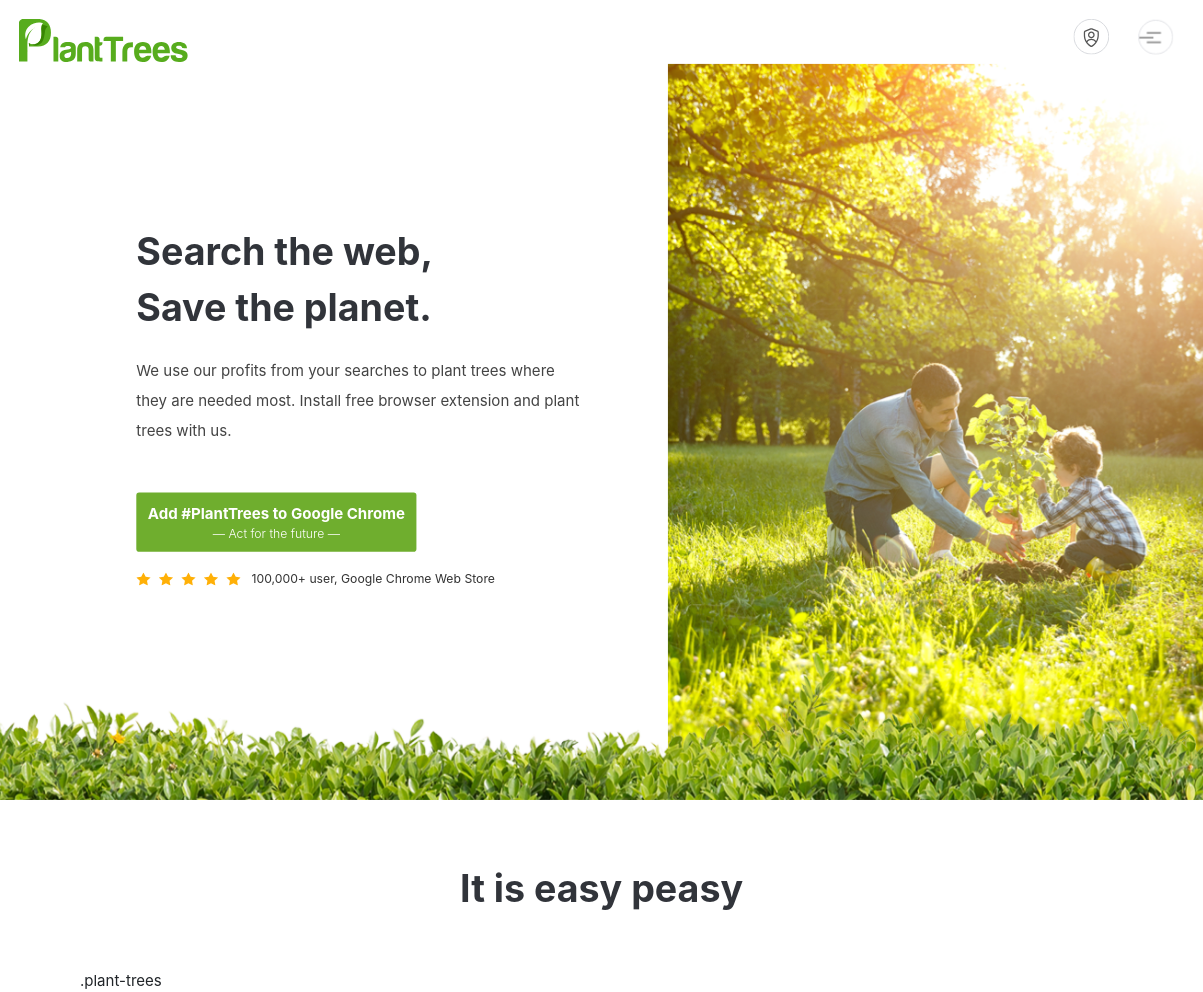
Repository: caothaito/b6g6
Page: bogo/how-it-work.html
An editor plug-in stored every save of this project. The page is shown before and after the next save, followed by the edit.
The browser window is 1280 px wide. The pictures show the whole page, at 94% of full size.
Some web libraries are served in a nearby version. The style sheet was rebuilt from its Sass, Less or Tailwind sources for each picture, by a compiler version that may differ from the author's.

Above is the page before, as saved 2020-08-14 10:49:17.
Console error: TypeError: $(...).ready(...) is not a function

### bogo/how-it-work.html
<!DOCTYPE html>
<html lang="en">

<head>
    <meta charset="UTF-8">
    <meta name="viewport" content="width=device-width, initial-scale=1.0">
    <title>Document</title>
    <link rel="stylesheet" href="https://maxcdn.bootstrapcdn.com/bootstrap/4.0.0/css/bootstrap.min.css"
        integrity="sha384-Gn5384xqQ1aoWXA+058RXPxPg6fy4IWvTNh0E263XmFcJlSAwiGgFAW/dAiS6JXm" crossorigin="anonymous">

    <script src="https://ajax.googleapis.com/ajax/libs/jquery/3.5.1/jquery.min.js"></script>
    <!-- <script src="https://code.jquery.com/jquery-3.5.1.js"
        integrity="sha256-QWo7LDvxbWT2tbbQ97B53yJnYU3WhH/C8ycbRAkjPDc=" crossorigin="anonymous"></script> -->
    <link rel="stylesheet" href="./assets/css/style.css">
</head>

<body>
    <div class="plant-trees-main main-contact-us float-left w-100">
        <div class="plant-trees-home">
            <div class="plant-trees-home-searchTop ">
                <a href="#" class="plant-trees-topLogo" id="topLogo">
                    <img src="./assets/images/logo.svg" alt="" class="plant-trees-logo">
                </a>
                <div class="plant-trees-searchRight float-right ">
                    <div class="plant-trees-account">
                        <div class="plant-trees-account-info" style="display:none">
                            <div class="item float-left ">
                                <div class="icon float-left">
                                    <img src="./assets/images/square.svg" alt="square.svg">
                                </div>
                                <div class="content float-right">
                                    <div class="title">Get Our App & Extension</div>
                                    <div class="desc">Protect your data on every device.</div>
                                </div>
                            </div>
                            <div class="item float-left ">
                                <div class="icon float-left">
                                    <img src="./assets/images/file.svg" alt="file.svg">
                                </div>
                                <div class="content float-right">
                                    <div class="title">Your searches are private</div>
                                    <div class="desc">We don't need to know what you do online. We don't record them.
                                    </div>
                                </div>
                            </div>
                            <div class="item float-left ">
                                <div class="icon float-left">
                                    <img src="./assets/images/browser.svg" alt="browser.svg">
                                </div>
                                <div class="content float-right">
                                    <div class="title">Your Searches Are Encrypted</div>
                                    <div class="desc">We protect your search behavior with encrypted connection.</div>
                                </div>
                            </div>
                            <div class="item float-left ">
                                <div class="icon float-left">
                                    <img src="./assets/images/secret-file.svg" alt="secret-file.svg">
                                </div>
                                <div class="content float-right">
                                    <div class="title">No tracking. No profiling</div>
                                    <div class="desc">We block hidden third-party trackers. We don't sell user's data.
                                    </div>
                                </div>
                            </div>
                        </div>
                    </div>
                    <div class="plant-trees-menu-mobile float-right">
                        <div class="nav-toggle">
                            <div class="nav-toggle-bar"></div>
                        </div>
                        <nav class="nav">
                            <ul>
                                <li class="menu-item menu-item-settings">
                                    <div class="wrap-link-item">
                                        <a href="#" title="Settings">Settings</a></div>
                                    <ul class="submenu">
                                        <li>
                                            <a href="#" title="Themes">Themes</a>
                                        </li>
                                        <li>
                                            <a href="#" title="Other settings">Other settings</a></li>
                                        <li>
                                            <a href="#" title="!Bang Search Shortcuts">!Bang SearchShortcuts</a>
                                        </li>
                                    </ul>
                                </li>

                            </ul>
                        </nav>
                    </div>
                </div>
            </div>
        </div>
    </div>
    <!-- blogTop -->
    <div class="plant-trees-blogTop float-left w-100">
        <div class="plant-trees-flex">
            <div class="col-md-6 col-sm-6 col-xs-12 float-left">
                <div class="plant-blogTop-left float-right">
                    <div class="plant-blogTop-title ">
                        <div>Search the web,</div>
                        <div>Save the planet.</div>
                    </div>
                    <div class="plant-blogTop-desc">
                        We use our profits from your searches to plant trees where they are needed most. Install free
                        browser extension and plant trees with us.
                    </div>
                    <div class="plant-blogTop-add">
                        <a href="#" class="add-btn">
                            <div class="">Add #PlantTrees to Google Chrome</div>
                            <div class="">— Act for the future —</div>
                        </a>
                    </div>
                    <div class="plant-trees-rate">
                        <span class="plant-trees-star">
                            <img src="./assets/images/icons/star.svg" alt="">
                        </span>
                        <span class="plant-trees-star-title">100,000+ user, Google Chrome Web Store</span>
                    </div>
                </div>
            </div>
        </div>
    </div>

    <div class="plant-easyPeasy float-left w-100">
            <div class="container">
                <div class="row">
                    <div class="plant-trees-title col-md-12 col-xs-12 col-sm-12 float-left">
                        It is easy peasy
                    </div>
                    <div class="plant-easyPeasy-wrap float-left w-100">
                        <div class="olant-esayPeasy-item float-left w-100">
                            <div class="col-md-6 col-sm-6 col-xs-12">
                                .plant-trees
                            </div>
                        </div>
                    </div>
                </div>
            </div>
    </div>

    <script>
        $(document).ready(function () {
            $(".plant-trees-account").click(function () {
                console.log('123');
                $(".plant-trees-account-info").slideToggle();
            })
        })
    </script>
</body>

<script src="https://cdnjs.cloudflare.com/ajax/libs/popper.js/1.12.9/umd/popper.min.js"
    integrity="sha384-ApNbgh9B+Y1QKtv3Rn7W3mgPxhU9K/ScQsAP7hUibX39j7fakFPskvXusvfa0b4Q" crossorigin="anonymous">
</script>
<script src="https://maxcdn.bootstrapcdn.com/bootstrap/4.0.0/js/bootstrap.min.js"
    integrity="sha384-JZR6Spejh4U02d8jOt6vLEHfe/JQGiRRSQQxSfFWpi1MquVdAyjUar5+76PVCmYl" crossorigin="anonymous">
</script>
<script src="./assets/js/main.js"></script>

</html>

### bogo/assets/js/main.js
$(document).ready(function(){
    $("#topLogo").click(function(){
        $(".plant-trees-account").slideToggle();
    })
})

(function() {

    var hamburger = {
      navToggle: document.querySelector('.nav-toggle'),
      nav: document.querySelector('nav'),

      doToggle: function(e) {
        e.preventDefault();
        this.navToggle.classList.toggle('expanded');
        this.nav.classList.toggle('expanded');
      }
    };

    hamburger.navToggle.addEventListener('click', function(e) { hamburger.doToggle(e); });
    hamburger.nav.addEventListener('click', function(e) { hamburger.doToggle(e); });

  }());

### bogo/assets/css/style.scss
.plant-trees-main {
    .plant-trees-home {
        top: 0;
        left: 0;
        z-index: 2;
        // position: absolute;
        padding: 20px 20px 0;

        .plant-trees-home-searchTop {
            .plant-trees-topLogo {
                img {
                    max-width: 181px;
                }
            }
        }

        .plant-trees-searchRight {

            // position: absolute;
            .plant-trees-account {
                margin-right: 80px;
                width: 38px;
                height: 38px;
                cursor: pointer;
                position: relative;
                display: inline-block;
                background-position: center;
                background-repeat: no-repeat;
                background-image: url(../images/icons/account.svg);

                .plant-trees-account-info {

                    right: 0;
                    width: 100%;
                    margin-top: 50px;
                    min-width: 445px;
                    position: absolute;
                    border: 1px solid #e4e5e9;
                    background-color: #fff;
                    border-radius: 6px;
                    -ms-border-radius: 6px;
                    -moz-border-radius: 6px;
                    -webkit-border-radius: 6px;
                    -o-border-radius: 6px;
                    padding: 35px 20px 30px;
                    -webkit-transition: top .5s ease-in-out;
                    -ms-transition: top .5s ease-in-out;
                    -moz-transition: top .5s ease-in-out;
                    -o-transition: top .5s ease-in-out;
                    transition: top .5s ease-in-out;
                    -webkit-box-shadow: 0 6px 15px 0 rgba(0, 0, 0, .08);
                    -ms-box-shadow: 0 6px 15px 0 rgba(0, 0, 0, .08);
                    -o-box-shadow: 0 6px 15px 0 rgba(0, 0, 0, .08);
                    -moz-box-shadow: 0 6px 15px 0 rgba(0, 0, 0, .08);
                    box-shadow: 0 6px 15px 0 rgba(0, 0, 0, .08);

                    .item {
                        width: 100%;
                        margin-bottom: 40px;

                        .content {
                            margin-top: -5px;
                            width: calc(100% - 62px);

                            .title {
                                color: #333;
                                font-weight: 600;
                                font-size: 17px;
                                font-size: 1.0625rem;
                            }

                            .desc {
                                color: #6f6f6f;
                                font-weight: 400;
                                font-size: 13px;
                                font-size: .8125rem;
                            }
                        }
                    }
                }
            }

            .plant-trees-menu-mobile {
                .nav {
                    -webkit-transition: left 0.5s ease;
                    -moz-transition: left 0.5s ease;
                    -ms-transition: left 0.5s ease;
                    -o-transition: left 0.5s ease;
                    transition: left 0.5s ease;
                    background: #f8f9fa;
                    color: white;
                    cursor: pointer;
                    right: -20rem;
                    padding: 6rem 2rem 2rem 2rem;
                    position: fixed;
                    top: 0;
                    width: 14rem;
                    z-index: 1;
                    // text-align: center;

                    ul {
                        position: absolute;
                        top: 50%;
                        -webkit-transform: translateY(-50%);
                        -ms-transform: translateY(-50%);
                        transform: translateY(-50%);
                        list-style: none;
                        margin: 0;
                        padding: 0;
                    }
                }

                .nav.expanded {
                    right: 0;
                }

                .nav-toggle {
                    border: 1px solid #dfe1e5;
                    border-radius: 50%;
                    // display: inline-block;
                    -webkit-user-select: none;
                    -moz-user-select: none;
                    user-select: none;
                    cursor: pointer;
                    height: 37px;
                    width: 37px;
                    right: 2rem;
                    position: fixed;
                    top: 21px;
                    text-align: center;
                    z-index: 2;

                    &:hover {
                        opacity: 0.8;
                    }

                    .nav-toggle-bar {
                        position: absolute;
                        top: 50%;
                        -webkit-transform: translateY(-50%);
                        -ms-transform: translateY(-50%);
                        transform: translateY(-50%);
                        -webkit-transition: all 0.5s ease;
                        -moz-transition: all 0.5s ease;
                        -ms-transition: all 0.5s ease;
                        -o-transition: all 0.5s ease;
                        transition: all 0.5s ease;
                        background: #999;
                        content: '';
                        height: 2px;
                        width: 15px;
                        margin-top: 0;

                        &::after {
                            position: absolute;
                            top: 50%;
                            -webkit-transform: translateY(-50%);
                            -ms-transform: translateY(-50%);
                            transform: translateY(-50%);
                            -webkit-transition: all 0.5s ease;
                            -moz-transition: all 0.5s ease;
                            -ms-transition: all 0.5s ease;
                            -o-transition: all 0.5s ease;
                            transition: all 0.5s ease;
                            background: #999;
                            content: '';
                            height: 2px;
                            width: 15px;
                            margin-top: 5px;
                        }

                        &::before {
                            position: absolute;
                            top: 50%;
                            -webkit-transform: translateY(-50%);
                            -ms-transform: translateY(-50%);
                            transform: translateY(-50%);
                            -webkit-transition: all 0.5s ease;
                            -moz-transition: all 0.5s ease;
                            -ms-transition: all 0.5s ease;
                            -o-transition: all 0.5s ease;
                            transition: all 0.5s ease;
                            background: #999;
                            content: '';
                            height: 2px;
                            width: 15px;
                            margin-top: -5px;
                        }
                    }
                }

                .nav-toggle.expanded {
                    .nav-toggle-bar {

                        background: transparent;

                        &::after {
                            background: #999;
                            margin-top: 0;
                            -ms-transform: rotate(45deg);
                            -webkit-transform: rotate(45deg);
                            transform: rotate(45deg);
                        }

                        &::before {
                            background: #999;
                            margin-top: 0;
                            -ms-transform: rotate(-45deg);
                            -webkit-transform: rotate(-45deg);
                            transform: rotate(-45deg);
                        }
                    }
                }

            }
        }
    }
}

// blogTop

.plant-trees-blogTop {
    margin-bottom: 65px;
    background-size: cover;
    background-position: bottom;
    background-repeat: no-repeat;
    background-image: url(../images/blog/blog-top.png);

    .plant-trees-flex {
        float: left;
        width: 100%;
        display: flex;
        flex-wrap: wrap;
        overflow: hidden;

        .plant-blogTop-left {
            // float: right;
            max-width: 480px;
            padding: 170px 0 225px;

            .plant-blogTop-title {
                color: #31343a;
                margin-bottom: 20px;
                font-weight: 700;
                font-size: 40px;
                font-size: 2.5rem;
            }

            .plant-blogTop-desc {
                color: #444;
                line-height: 2;
                max-width: 480px;
                margin-bottom: 50px;
                font-weight: 400;
                font-size: 16px;
                font-size: 1rem;
            }

            .plant-blogTop-add {
                color: #fff;
                padding: 10px;
                max-width: 298px;
                text-align: center;
                margin-bottom: 15px;
                border-radius: 3px;
                -ms-border-radius: 3px;
                -moz-border-radius: 3px;
                -webkit-border-radius: 3px;
                -o-border-radius: 3px;
                background-color: #6fae2e;

                a {
                    color: #fff;
                    text-decoration: none;
                    ;
                }

                div:first-child {
                    font-weight: 700;
                    font-size: 16px;
                    font-size: 1rem;
                }

                div {
                    font-weight: 300;
                    font-size: 13px;
                    font-size: .8125rem;
                }
            }

            .plant-trees-rate {
                .plant-trees-star-title {
                    color: #333;
                    padding: 5px 0 0 7px;
                    font-weight: 400;
                    font-size: 13px;
                    font-size: .8125rem;
                }
            }
        }
    }
}

.plant-easyPeasy {
    .plant-trees-title {
        color: #31343a;
        margin-bottom: 55px;
        font-weight: 700;
        font-size: 40px;
        font-size: 2.5rem;
        text-align: center;
    }
}

After the next save:
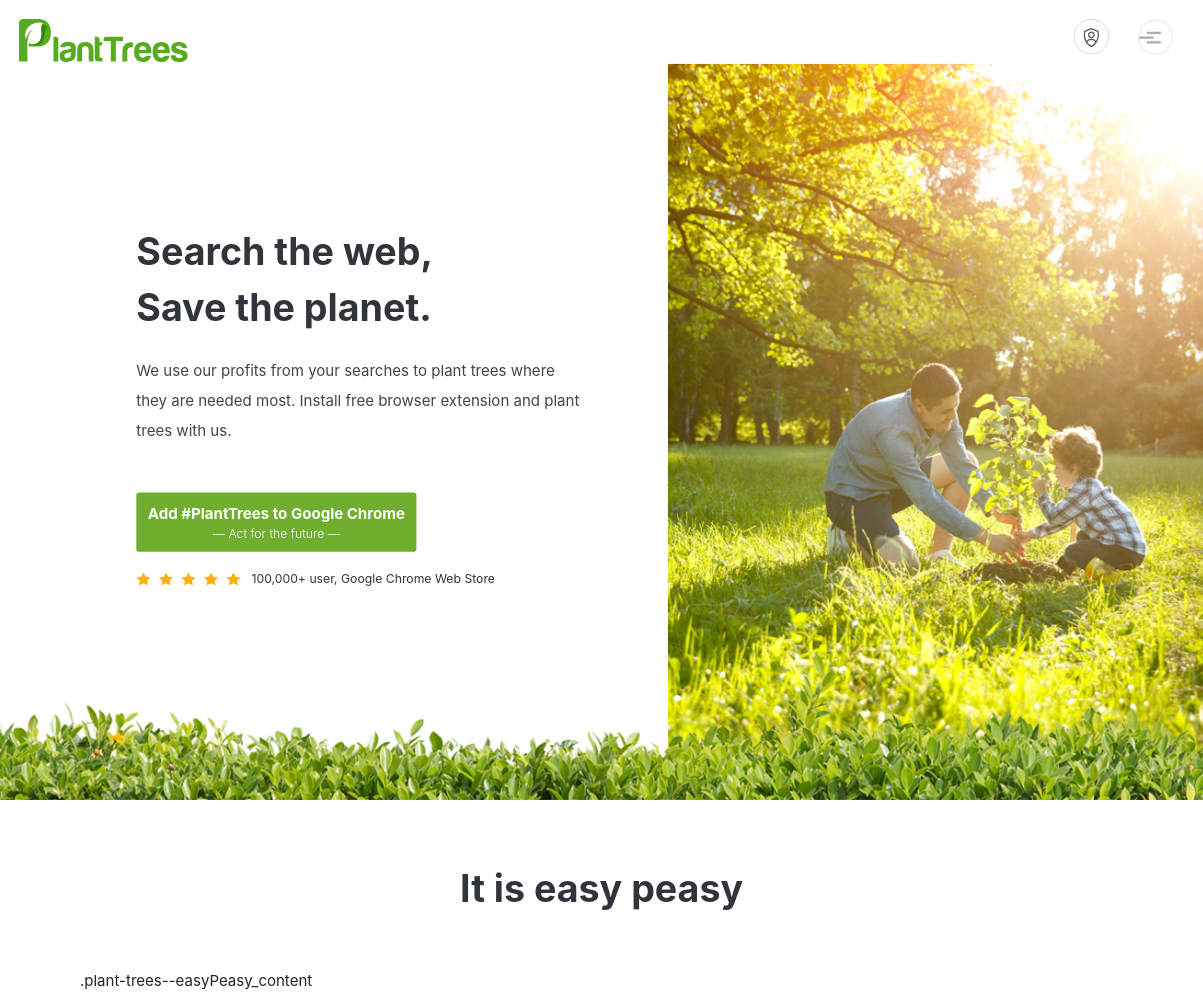
Saved 14 min 59 s later.
--- a/bogo/how-it-work.html
+++ b/bogo/how-it-work.html
@@ -131,7 +131,7 @@
                     <div class="plant-easyPeasy-wrap float-left w-100">
                         <div class="olant-esayPeasy-item float-left w-100">
                             <div class="col-md-6 col-sm-6 col-xs-12">
-                                .plant-trees
+                                .plant-trees--easyPeasy_content
                             </div>
                         </div>
                     </div>
